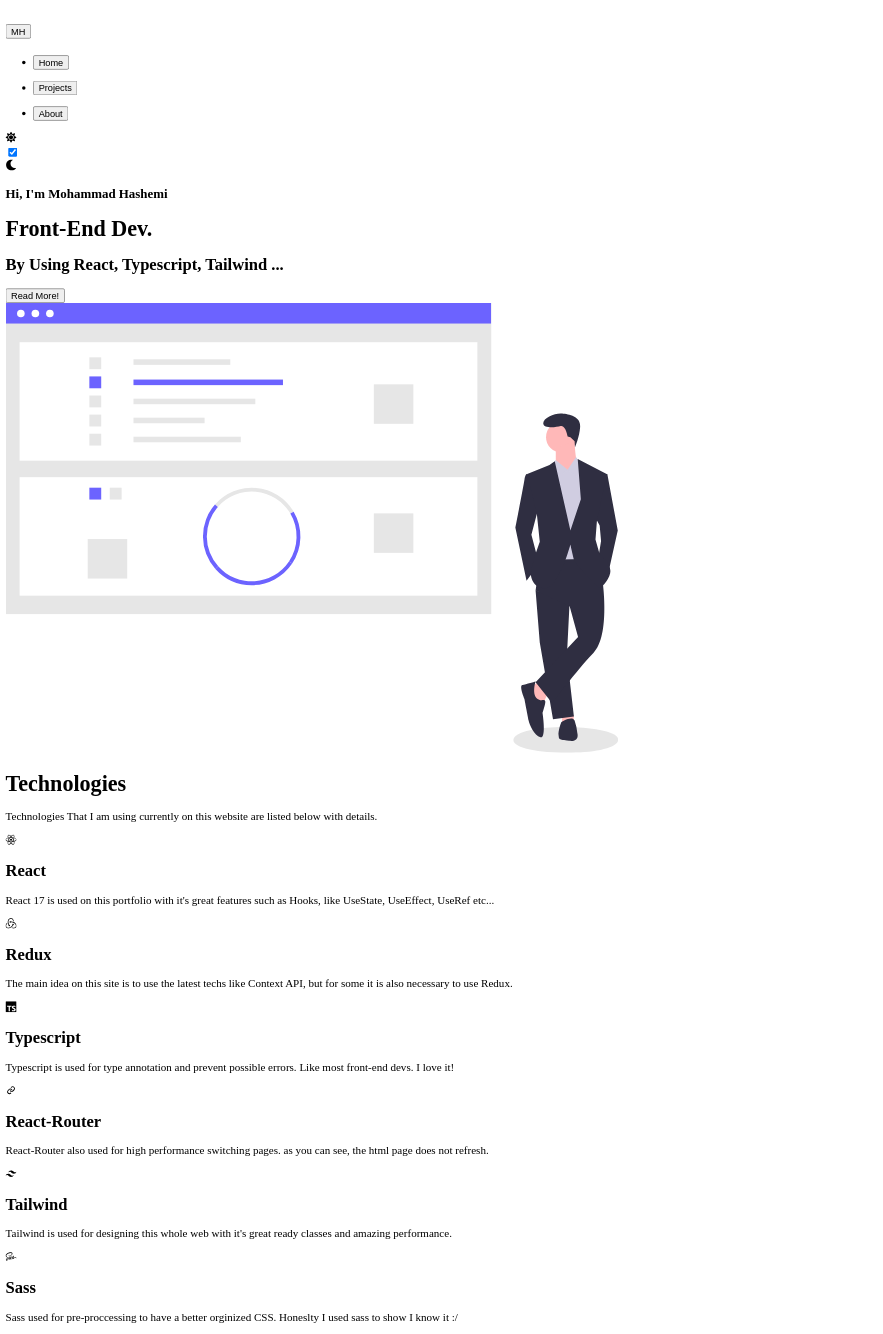
Repository: SMohammadH/react-typescript-tailwind
Page: /
The author's editor kept a copy of each file at every save. The page is drawn from the files as they stood at one save, then again after the next save.
The browser window is 1280 px wide. The pictures show the whole page, at 69% of full size.
The project was rebuilt for these pictures with package versions that can differ from the ones it lists, and the page was loaded fresh each time. Also part of the build but not shown: craco.config.js.

Above is the page before, as saved 2021-02-04 07:28:31.

After the next save:
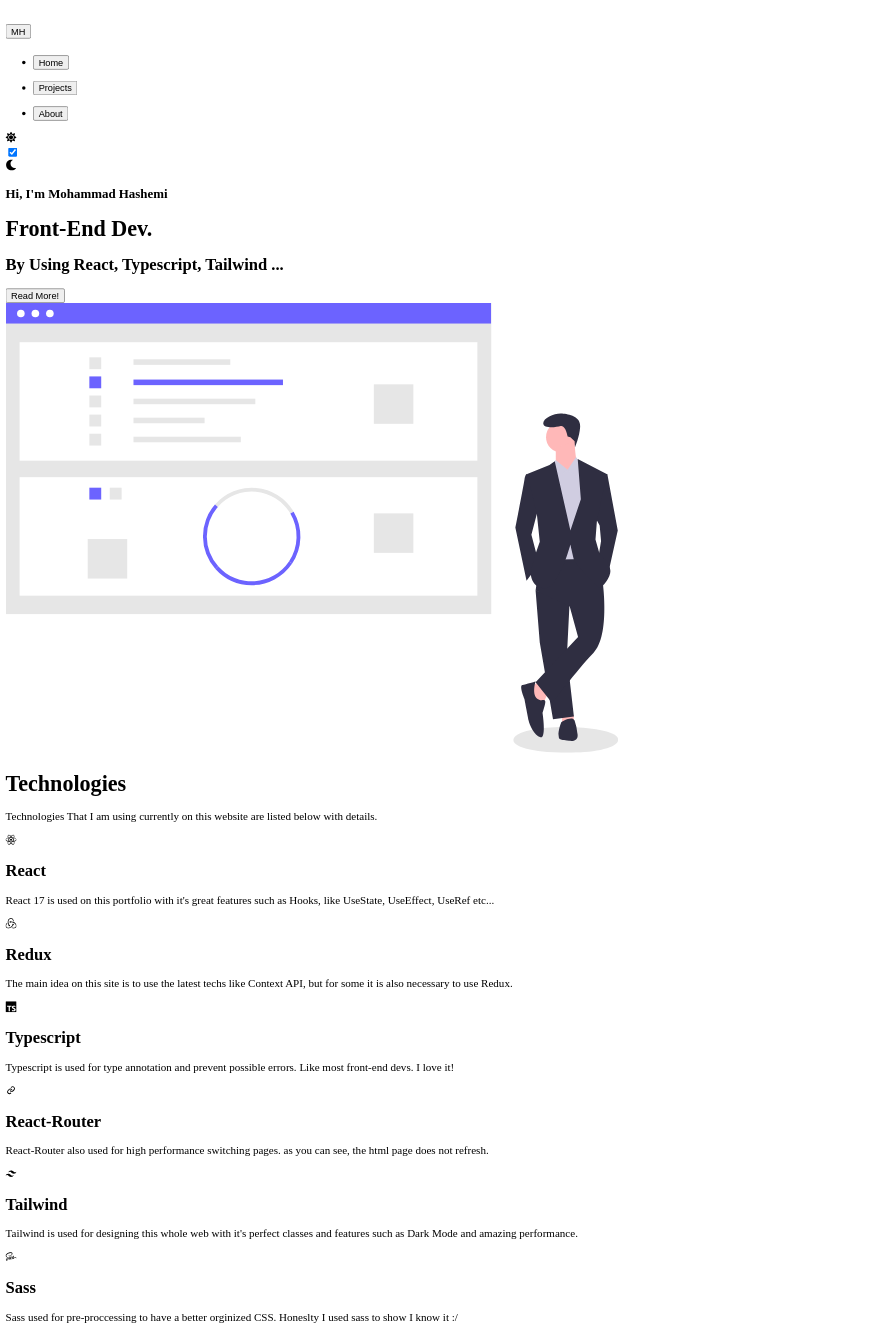
Saved 56 s later.
--- a/src/components/SecondSection.tsx
+++ b/src/components/SecondSection.tsx
@@ -20,7 +20,7 @@
       'React-Router also used for high performance switching pages. as you can see, the html page does not refresh.',
   },
   {
-    tailwind: `Tailwind is used for designing this whole web with it's great ready classes and amazing performance.`,
+    tailwind: `Tailwind is used for designing this whole web with it's perfect classes and features such as Dark Mode and amazing performance.`,
   },
   {
     sass:
